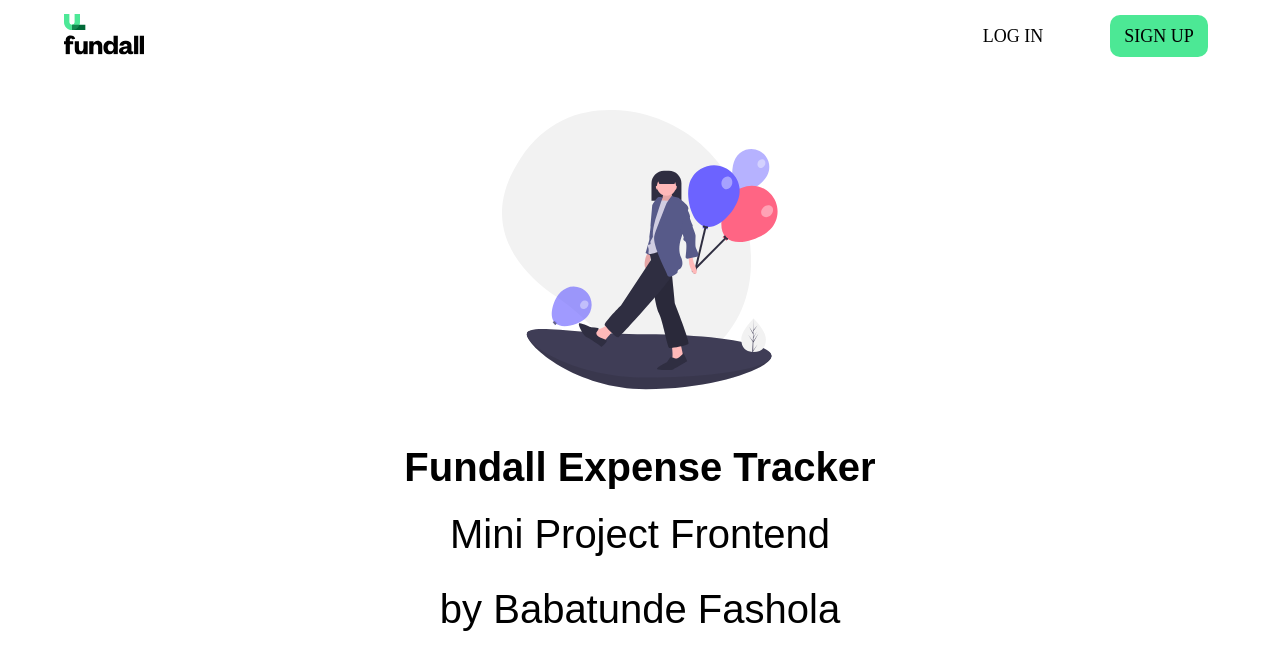
Repository: nilesjamex/niffty
Page: /
An editor plug-in stored every save of this project. The page is shown before and after the next save, followed by the edit.
The browser window is 1280 px wide. The pictures show the whole page.
The project was rebuilt for these pictures with package versions that can differ from the ones it lists, and the page was loaded fresh each time.

Above is the page before, as saved 2022-04-16 16:03:21.

After the next save:
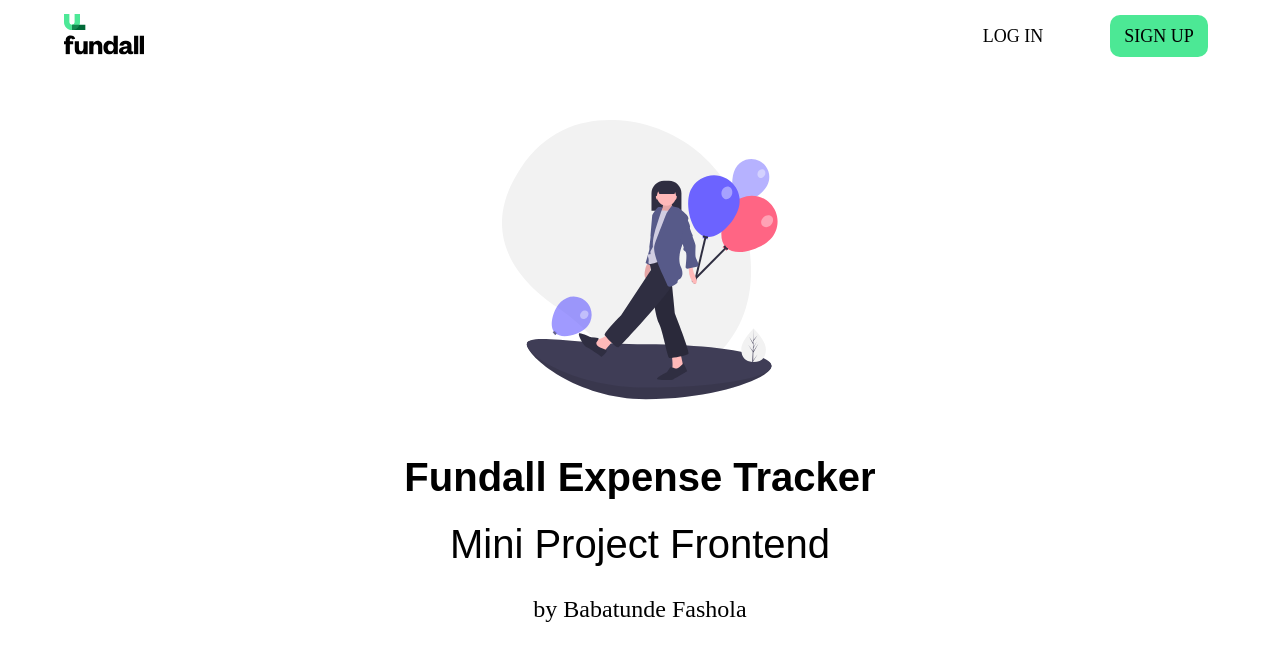
Saved 57 s later.
--- a/src/views/Home.vue
+++ b/src/views/Home.vue
@@ -59,7 +59,7 @@
   .home--text--author {
     h6 {
       margin-top: 1.5rem;
-      @include heading1;
+      @include heading2;
        font-weight: normal;
     }
   }
